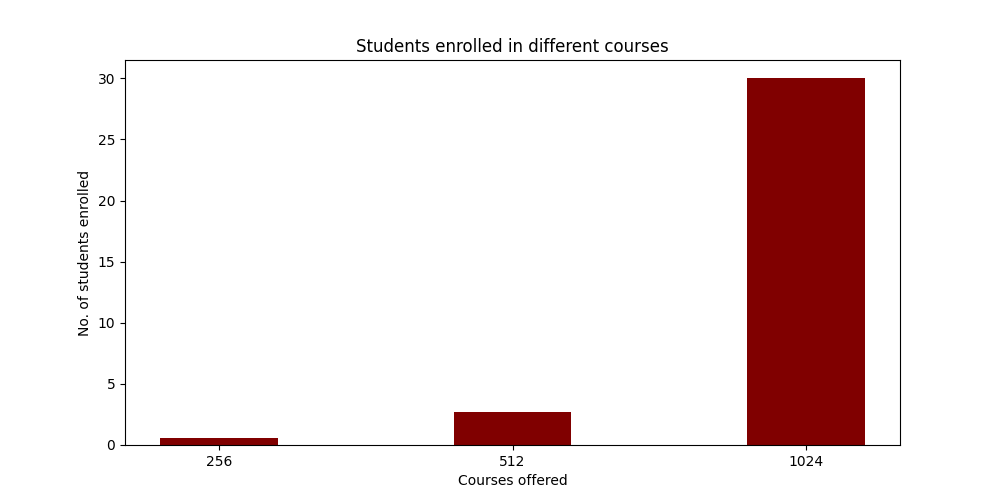
Repository: vishalsinghhh/DNA-cryptography-Project
Script's output: python DNA/Graphs.py
The author's editor kept a copy of each file at every save. The script's output is drawn from the files as they stood at one save, then again after a run of saves.
Random numbers start from a fixed seed.

Above is the script's output before, as saved 2023-04-11 03:37:17.

### DNA/Graphs.py
import numpy as np
import matplotlib.pyplot as plt


# creating the dataset
data = {'256':0.55, '512':2.69, '1024':30}
courses = list(data.keys())
values = list(data.values())

fig = plt.figure(figsize = (10, 5))

# creating the bar plot
plt.bar(courses, values, color ='maroon',
        width = 0.4)

plt.xlabel("Courses offered")
plt.ylabel("No. of students enrolled")
plt.title("Students enrolled in different courses")
plt.show()

After the next 2 saves:
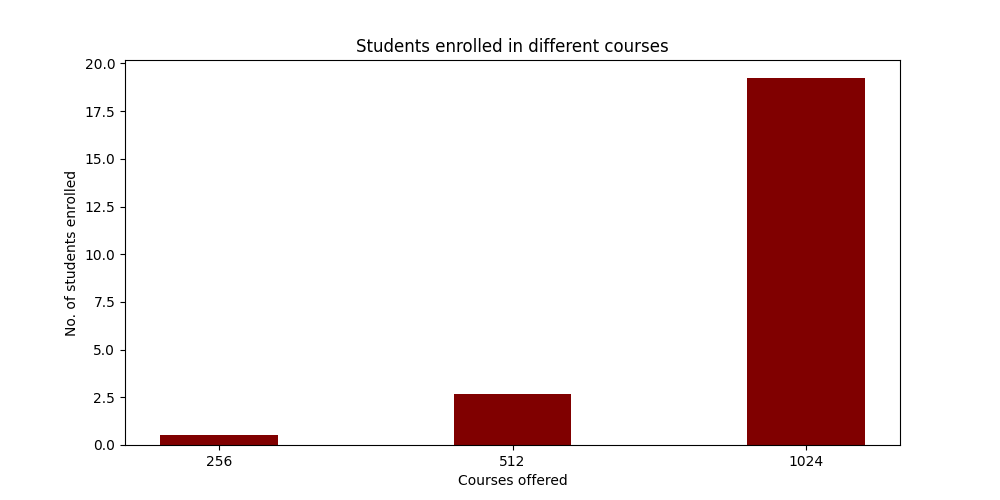
The 2 saves are shown as one change because they came seconds apart.
The last was saved 6 s later.
--- a/DNA/Graphs.py
+++ b/DNA/Graphs.py
@@ -3,7 +3,7 @@ import matplotlib.pyplot as plt
 
 
 # creating the dataset
-data = {'256':0.55, '512':2.69, '1024':30}
+data = {'256':0.55, '512':2.69, '1024':19.22}
 courses = list(data.keys())
 values = list(data.values())
 
